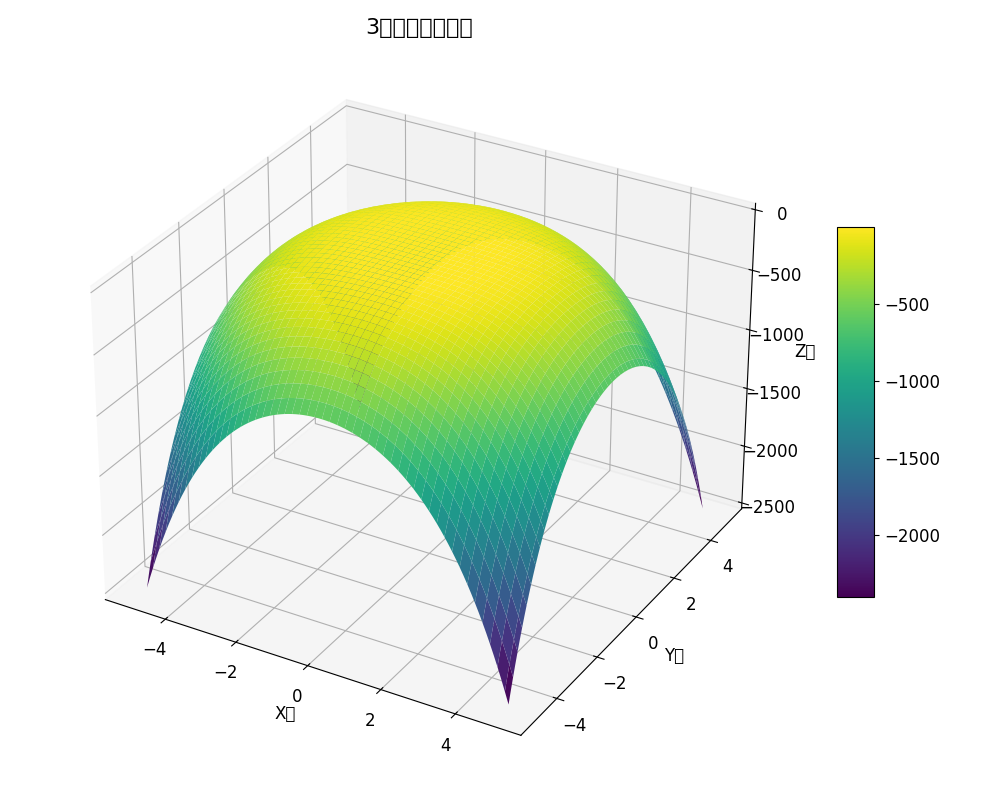
Repository: gouyamada/draw_surface
Script's output: python src/draw_surface.py
An editor plug-in stored every save of this project. The script's output is shown before and after the next save, followed by the edit.
Random numbers start from a fixed seed.

Above is the script's output before, as saved 2025-07-28 13:45:38.

### src/draw_surface.py
# pylint: disable=invalid-name
"""
3次元曲面を描画するスクリプト
"""
from typing import cast
import numpy as np
import matplotlib.pyplot as plt
from mpl_toolkits.mplot3d import Axes3D  # type: ignore


plt.rcParams["font.family"] = "Meiryo"
plt.rcParams["font.size"] = 12


def surface_setting(x, y):
    """
    描画する曲面の関数を定義する関数
    """
    z = x**2 + y**2
    z = -z**2
    return z


def draw_surface():
    """
    3次元曲面を描画する関数
    """
    fig = plt.figure(figsize=(10, 8))
    ax = cast(Axes3D, fig.add_subplot(111, projection="3d"))

    # x, y の範囲を設定する
    x = np.linspace(-5, 5, 100)
    y = np.linspace(-5, 5, 100)
    X, Y = np.meshgrid(x, y)
    Z = surface_setting(X, Y)

    # 曲面を描画する
    surf = ax.plot_surface(X, Y, Z, cmap="viridis", edgecolor="none")
    ax.set_title("3次元曲面の描画", fontsize=16)
    ax.set_xlabel("X軸")
    ax.set_ylabel("Y軸")
    ax.set_zlabel("Z軸")

    # 曲面の色を設定する
    fig.colorbar(surf, shrink=0.5, aspect=10)
    plt.tight_layout()
    plt.show()


def main():
    """
    メイン関数
    """
    draw_surface()


if __name__ == "__main__":
    main()

After the next save:
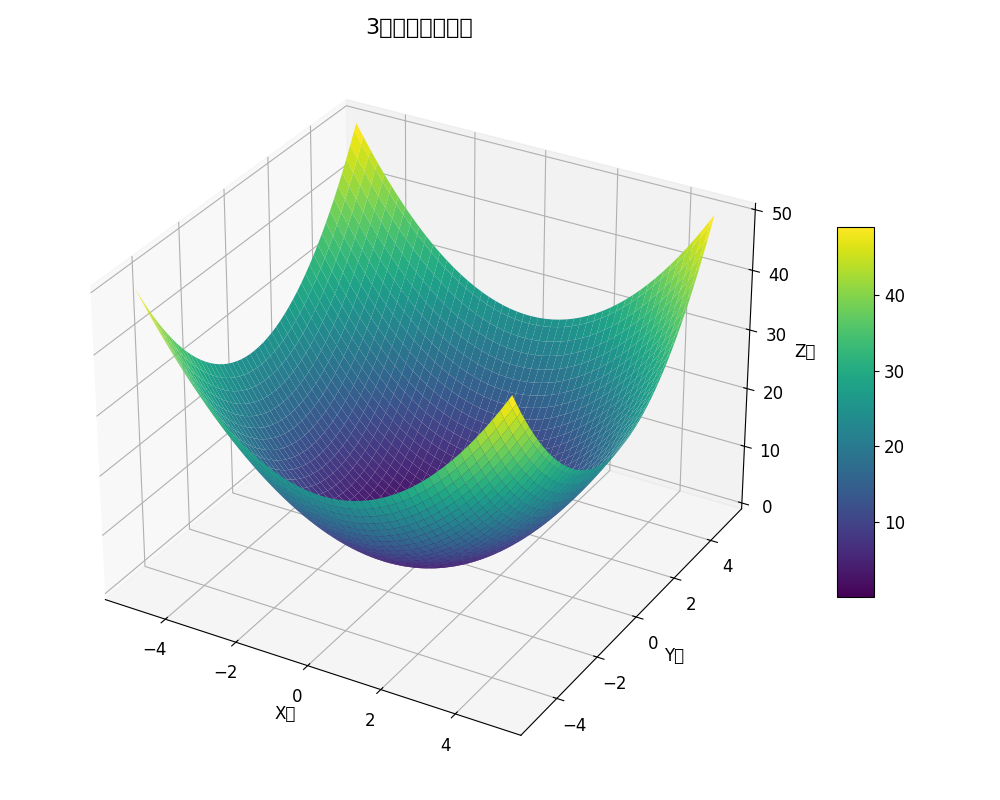
Saved 14 min 26 s later.
--- a/src/draw_surface.py
+++ b/src/draw_surface.py
@@ -17,7 +17,6 @@ def surface_setting(x, y):
     描画する曲面の関数を定義する関数
     """
     z = x**2 + y**2
-    z = -z**2
     return z
 
 
